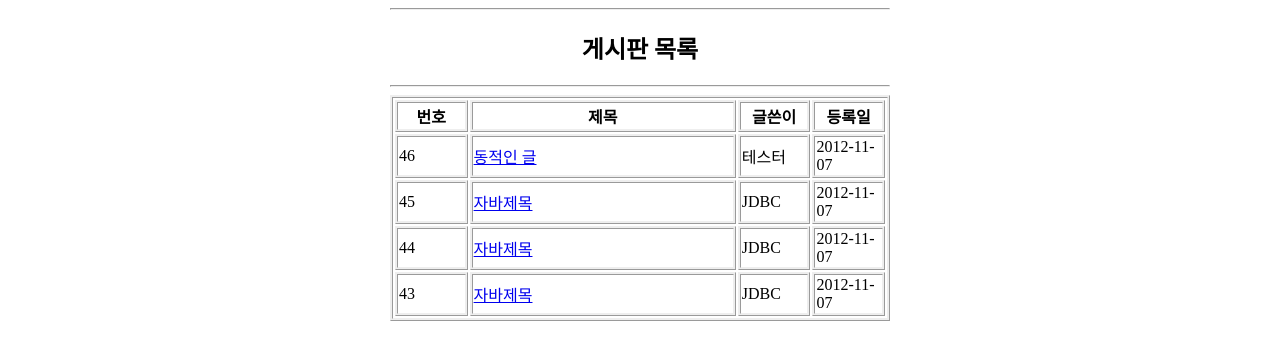
Repository: Jooheehan-kopo/web-workspace
Page: Lecture-web/WebContent/css/calc.html
These files come from the project's save history. The page is drawn as it stood at one moment and after the next save; the edit follows.
The browser window is 1280 px wide. The pictures show the whole page.

Above is the page before, as saved 2021-06-11 05:57:07.

After the next save:
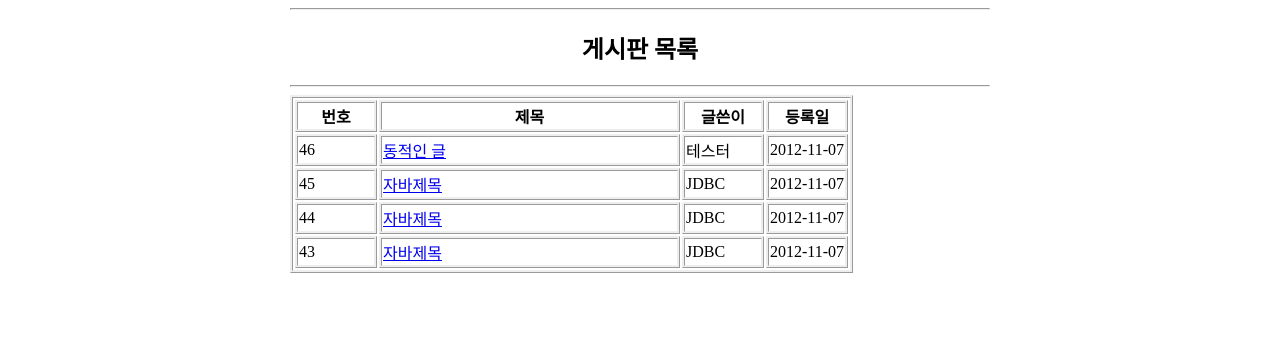
Saved 12 s later.
--- a/Lecture-web/WebContent/css/calc.html
+++ b/Lecture-web/WebContent/css/calc.html
@@ -5,7 +5,7 @@
 <title>Insert title here</title>
 <style>
 	body{
-		width:500px;
+		width:700px;
 		margin-left: auto;
 		margin-right: auto;
 
